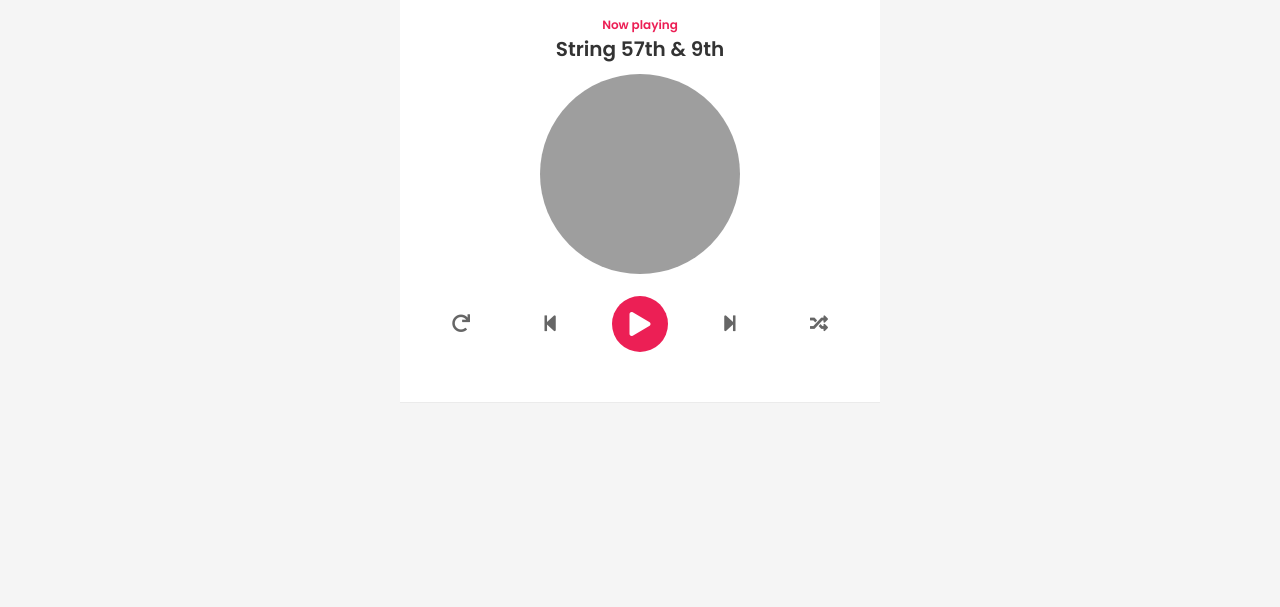
Repository: NBlue/Music_Player
Page: index.html
The author's editor kept a copy of each file at every save. The page is drawn from the files as they stood at one save, then again after the next save.
The browser window is 1280 px wide. The pictures show the whole page.
Pictures or frames that could not be fetched are drawn as grey boxes.

Above is the page before, as saved 2021-10-12 22:53:00.

After the next save:
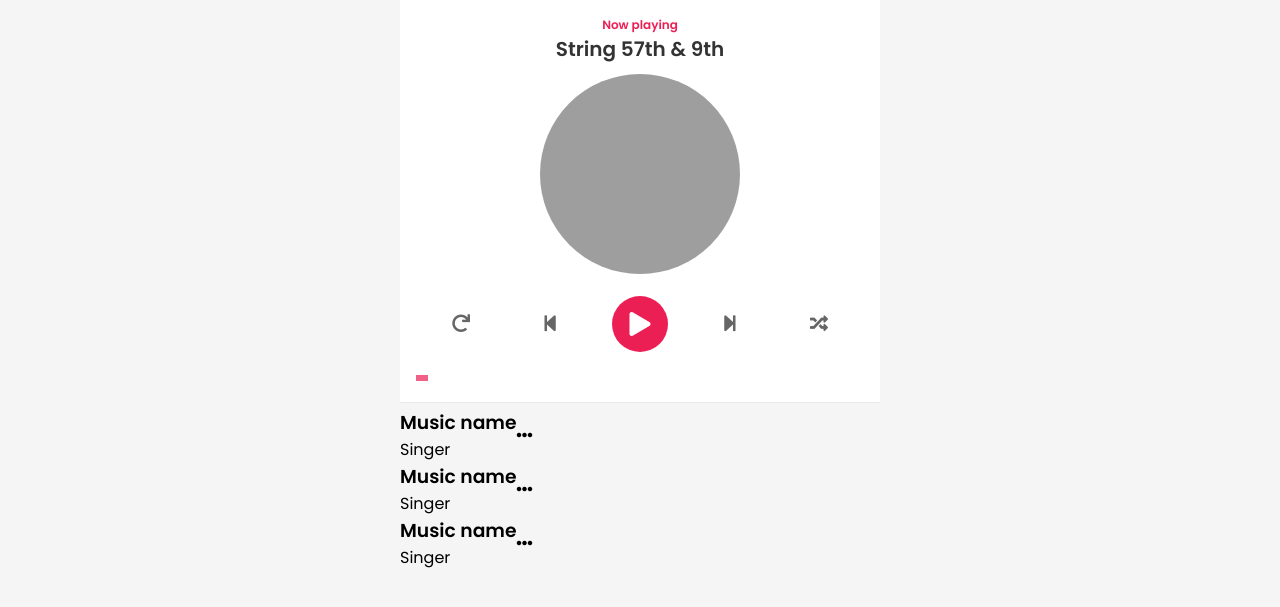
Saved 12 min 55 s later.
--- a/assets/css/style.css
+++ b/assets/css/style.css
@@ -123,14 +123,20 @@ header h2 {
     /* Css cho cái nút tròn tròn thành hình khác: thumb - ngón tay*/
     -webkit-appearance: none;
     appearance: none;
-    /* width: 12px;
+    width: 12px;
     height: 6px;
     background-color: var(--primary-color);
-    cursor: pointer; */
+    cursor: pointer;
 }
+
+/* PLAYLIST */
 .playlist {
+    margin-top: 408px;
 }
+
 .song {
+    display: flex;
+    align-items: center;
 }
 .thumb {
 }
